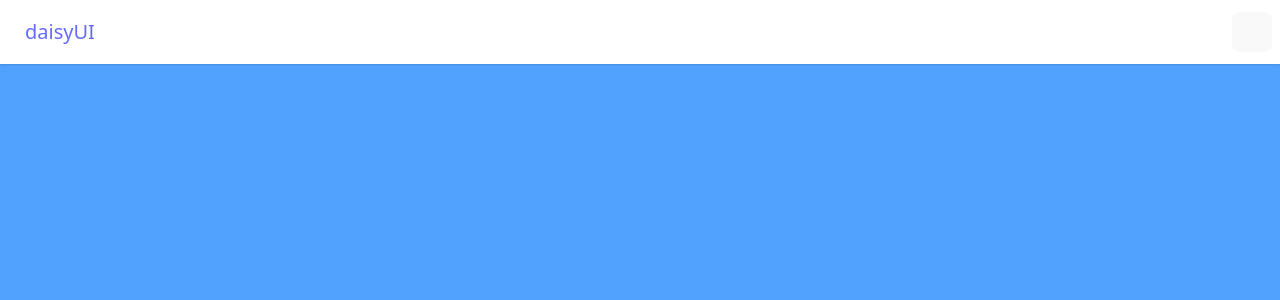
Repository: OdinPie/legal-search-acmeai
Page: / (app in legal-frontend/)
An editor plug-in stored every save of this project. The page is shown before and after a run of saves, followed by the edit.
The browser window is 1280 px wide. The pictures show the whole page.
The project was rebuilt for these pictures with package versions that can differ from the ones it lists, and the page was loaded fresh each time. Also part of the build but not shown: legal-frontend/vite.config.js, legal-frontend/src/components/SearchSection.jsx.

Above is the page before, as saved 2025-11-05 15:58:56.

After the next 3 saves:
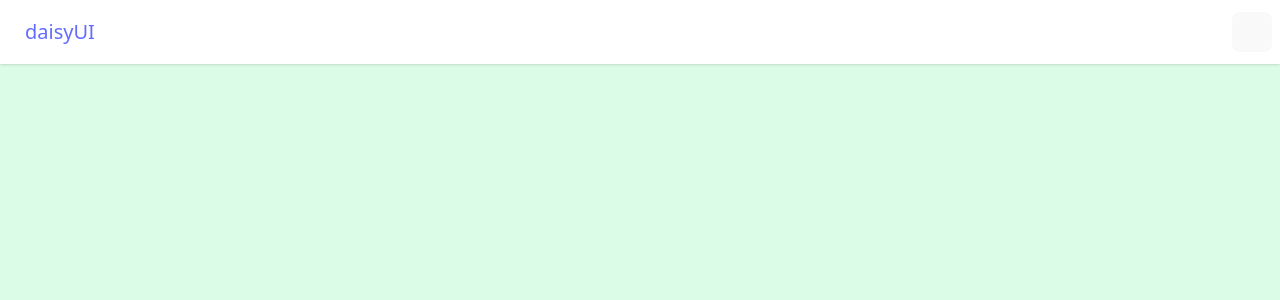
The 3 saves are shown as one change because they came seconds apart.
The last was saved 21 s later.
--- a/legal-frontend/src/pages/Home.jsx
+++ b/legal-frontend/src/pages/Home.jsx
@@ -3,7 +3,7 @@
 import Navbar from '../components/Navbar';
 const Home = () => {
     return (
-        <div className='bg-blue-400 h-screen w-screen'>
+        <div className='bg-green-100 h-screen w-screen'>
             <Navbar></Navbar>
             {/* <SearchSection></SearchSection> */}
             {/* Your Legal Library, Simplified.
